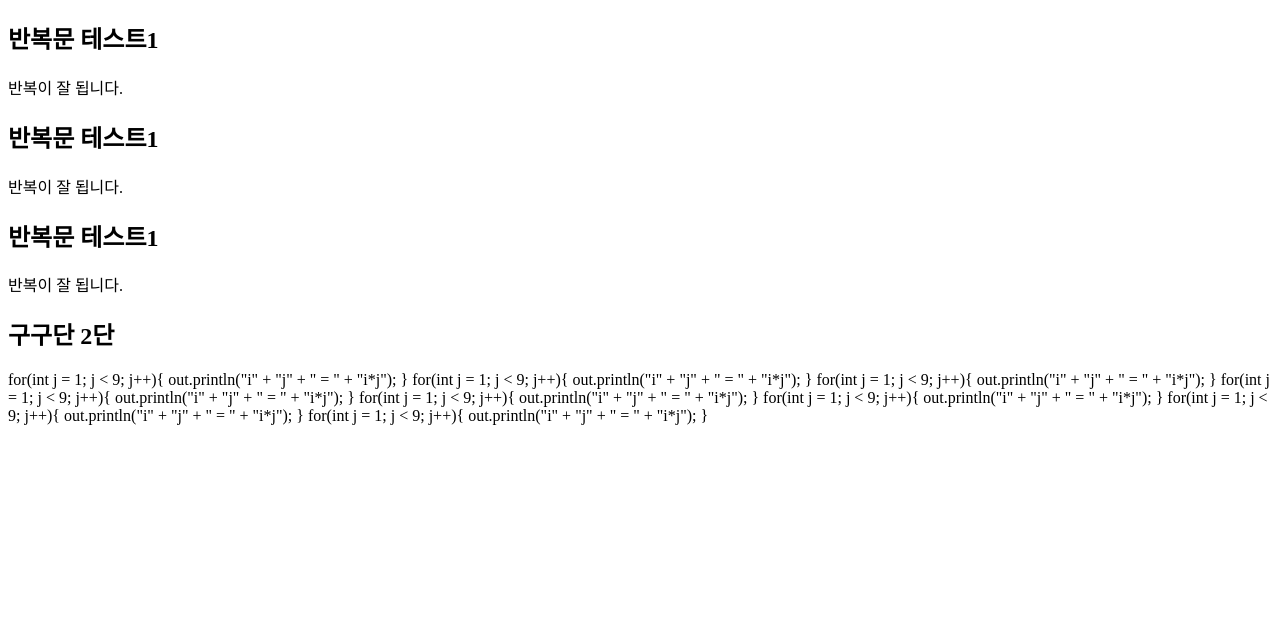
Repository: jjjjjjji-hun/jsp_practice
Page: http://localhost/JSPBasic/jspTag/Scriptlet.jsp
An editor plug-in stored every save of this project. The page is shown before and after the next save, followed by the edit.
The browser window is 1280 px wide. The pictures show the whole page.
The page is served by Tomcat 9.

Above is the page before, as saved 2022-01-28 02:34:45.

After the next save:
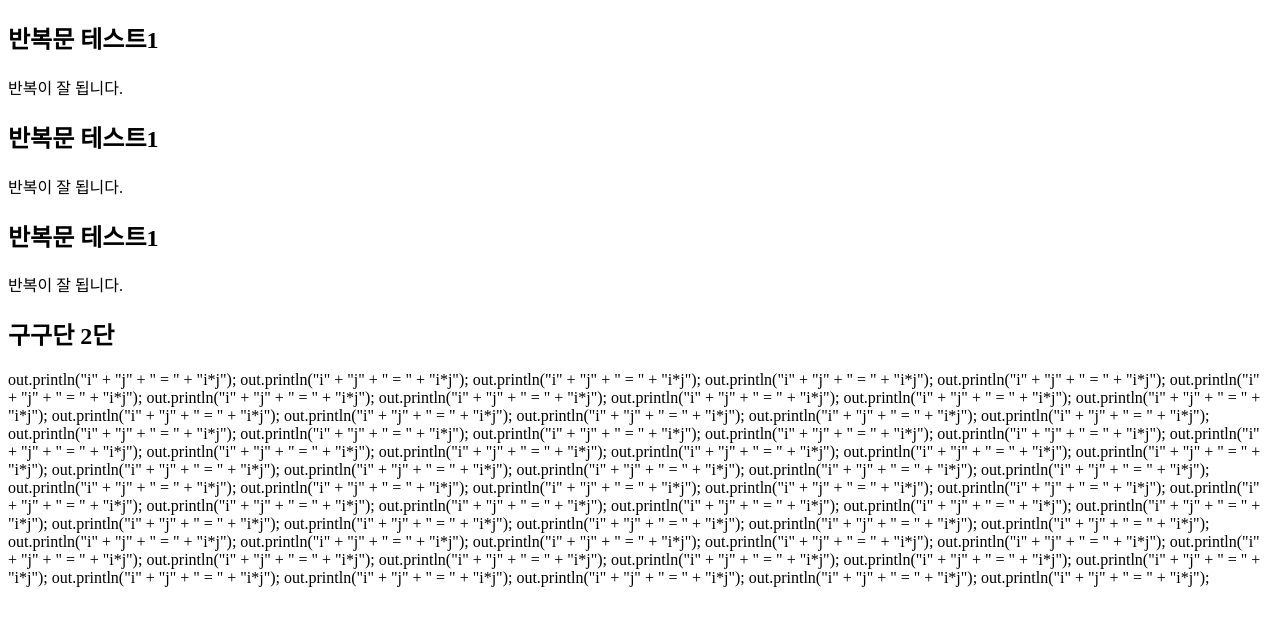
Saved 44 s later.
--- a/JSPBasic/src/main/webapp/jspTag/Scriptlet.jsp
+++ b/JSPBasic/src/main/webapp/jspTag/Scriptlet.jsp
@@ -22,9 +22,9 @@
 	(javascript의 document.write()와 같은 역할) -->
 	<h2>구구단 2단</h2>
 	<% for(int i = 2; i < 10; i++){ %>
-		for(int j = 1; j < 9; j++){
+		<% for(int j = 1; j < 9; j++){ %>
 			out.println("i" + "j" + " = " + "i*j");
-		}
+		<% } %>
 	<% } %>
 </body>
 </html>
